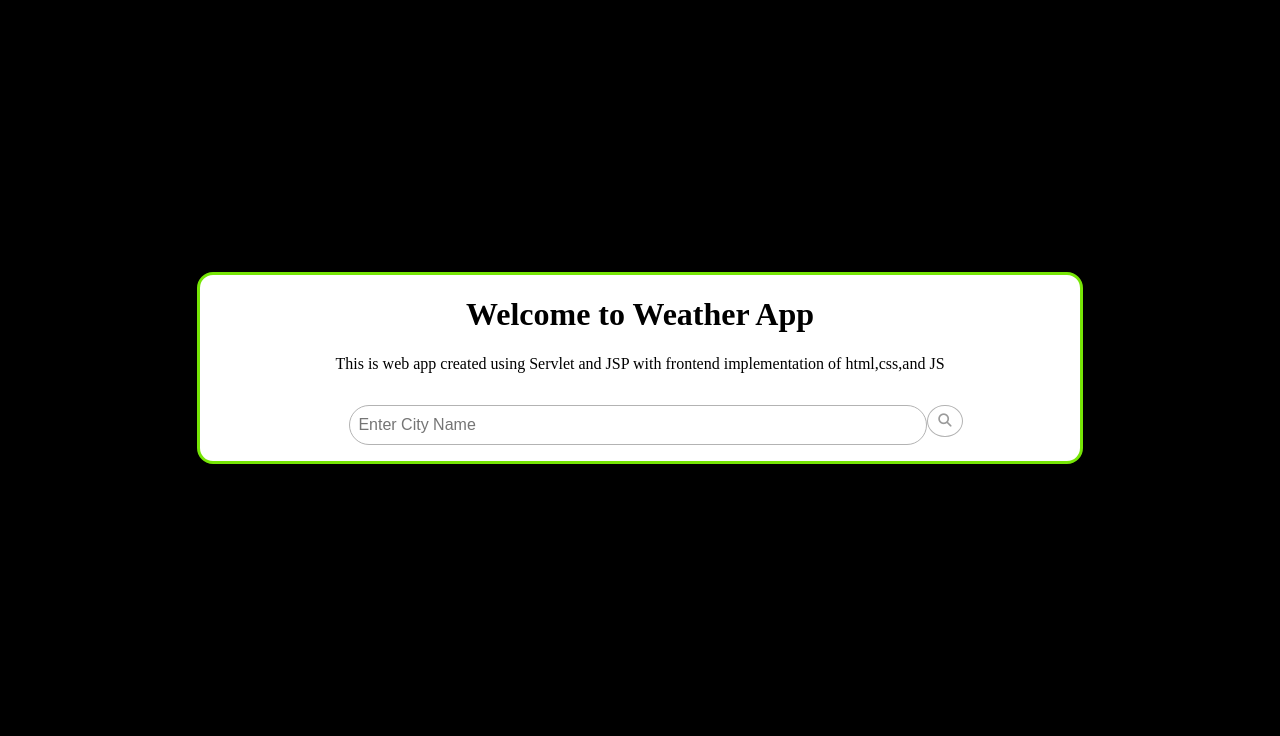
Repository: krv9/projects
Page: http://localhost/WeatherApp/
An editor plug-in stored every save of this project. The page is shown before and after the next save, followed by the edit.
The browser window is 1280 px wide. The pictures show the whole page.
The page is served by Tomcat 10. Other server files are loaded and not shown.

Above is the page before, as saved 2024-09-24 13:29:51.

### WeatherApp/src/main/webapp/index.html
<!DOCTYPE html>
<html>
<head>
 <meta charset="UTF-8">
    <meta http-equiv="X-UA-Compatible" content="IE=edge">
    <meta name="viewport" content="width=device-width, initial-scale=1.0">
    <title>Weather App</title>
    <link rel="stylesheet" href="https://cdnjs.cloudflare.com/ajax/libs/font-awesome/6.4.0/css/all.min.css" />
    <link rel="stylesheet" href="Style.css" />

</head>
<body>
<div class="container">
   		<h1 id="font">Welcome to Weather App</h1>
   		<p id="font">This is web app created using Servlet and JSP with frontend implementation of html,css,and JS</p>
        <form action="myservlet" method="post" class="searchInput">
            <input type="text" placeholder="Enter City Name" id="searchInput" name="city"/>
            <button id="searchButton"><i class="fa-solid fa-magnifying-glass"></i></button>
      </form>
 </div>

</body>
</html>

### WeatherApp/src/main/webapp/Style.css
@charset "UTF-8";
body{
	display: flex;
  height: 100vh;
  align-items: center;
  justify-content: center;
	background:black;
}
.container{
	 width: 55rem;
  height: auto;
  border-color:#76e506;
  border-style:solid;
  border-radius: 1rem;
  background: #fff;
  box-shadow: 0 14px 28px rgba(0,0,0,0.25),
			0 10px 10px rgba(0,0,0,0.22);
}
#font{
	color:black;
	align-items: center;
  justify-content: center;
  text-align:center;
}

.searchInput {
  width: 100%;
  display: flex;
  padding: 1rem 1rem;
  justify-content: center;
}

.searchInput input {
  width: 35rem;
  height: 2rem;
  outline: none;
  font-size: 1rem;
  color: #525050;
  padding: 0.2rem 0.5rem;
  border-radius: 1.5rem;
  border: 1px solid #b3b3b3;
}

.searchInput input:focus {
  border: 1px solid #76e506;
}

.searchInput button {
  width: 2.2rem;
  height: 2rem;
  cursor: pointer;
  color: #9b9b9b;
  border-radius: 50%;

  transition: all 0.3s ease;
  background-color: #fff;
  border: 1px solid #b3b3b3;
}

.searchInput button:hover {
  color: #fff;
  background-color: #9c9dde;
  border: 1px solid #9c9dde;
}

After the next save:
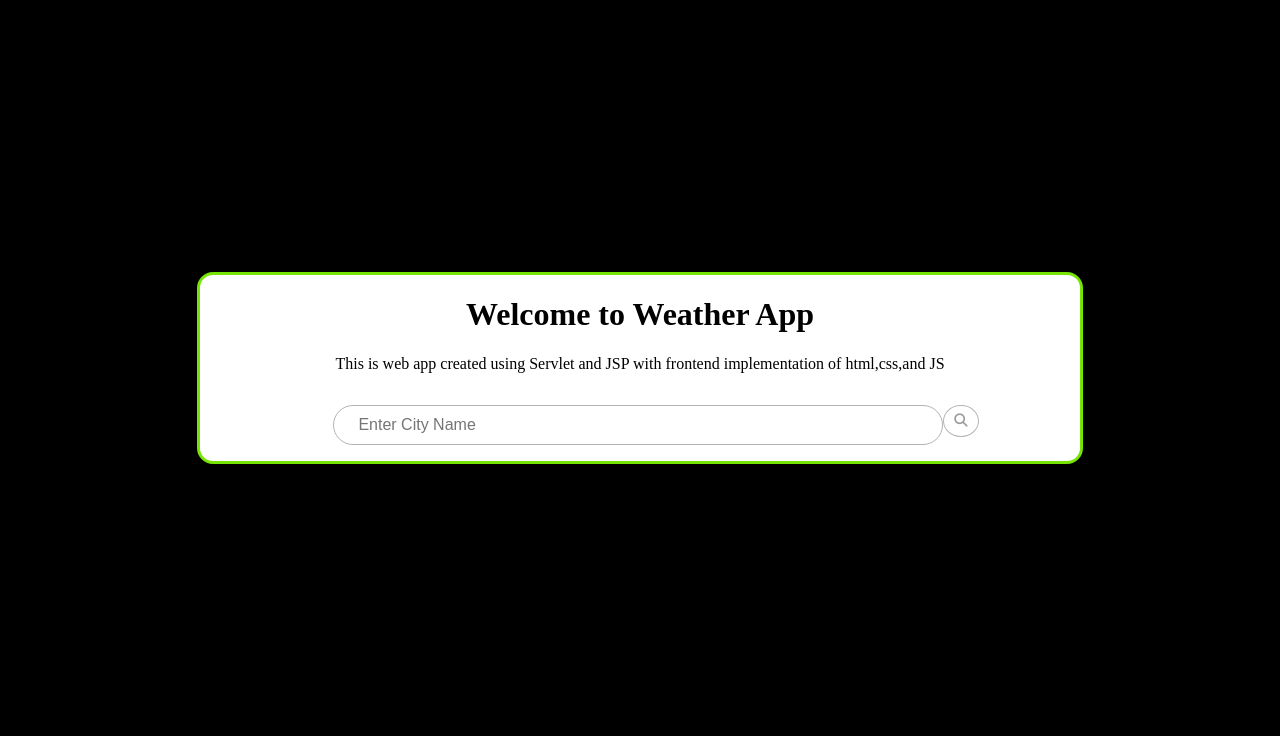
Saved 23 s later.
--- a/WeatherApp/src/main/webapp/Style.css
+++ b/WeatherApp/src/main/webapp/Style.css
@@ -36,7 +36,7 @@
   outline: none;
   font-size: 1rem;
   color: #525050;
-  padding: 0.2rem 0.5rem;
+  padding: 0.2rem 1.5rem;
   border-radius: 1.5rem;
   border: 1px solid #b3b3b3;
 }

After the save that followed:
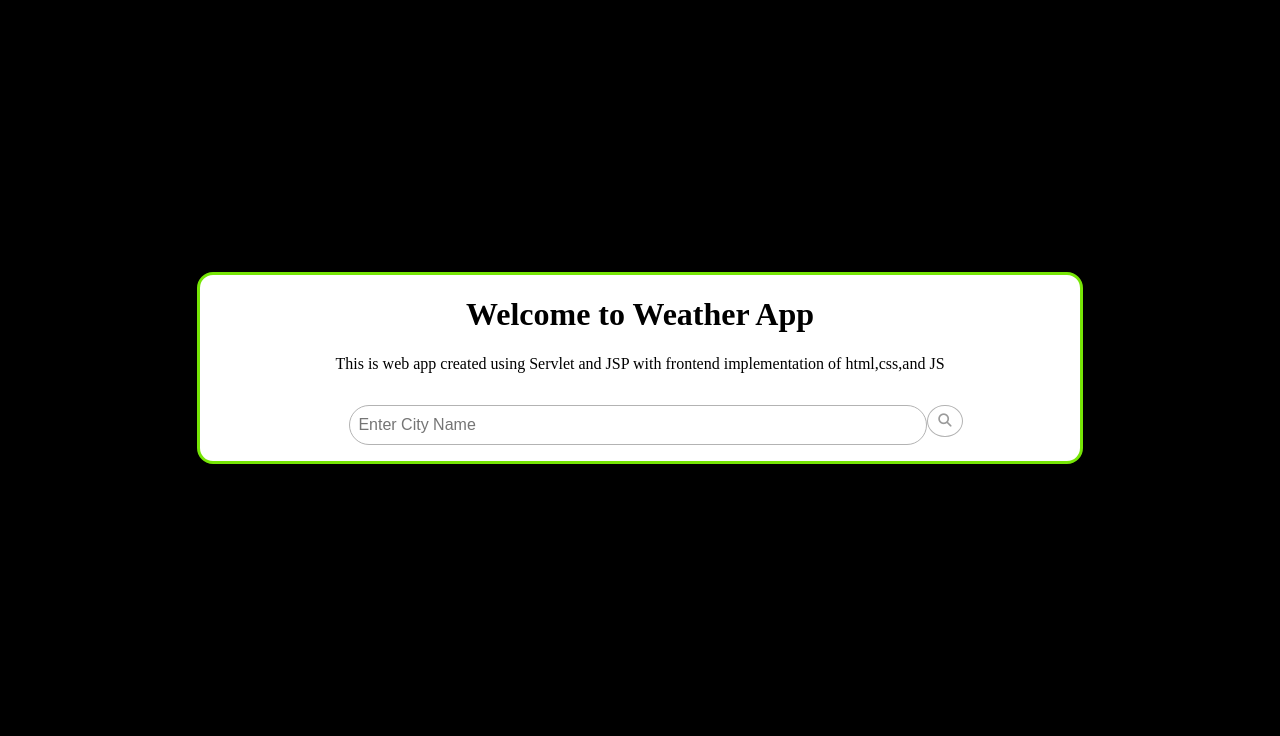
Saved 36 s later.
--- a/WeatherApp/src/main/webapp/Style.css
+++ b/WeatherApp/src/main/webapp/Style.css
@@ -36,7 +36,7 @@
   outline: none;
   font-size: 1rem;
   color: #525050;
-  padding: 0.2rem 1.5rem;
+  padding: 0.2rem 0.5rem;
   border-radius: 1.5rem;
   border: 1px solid #b3b3b3;
 }
@@ -48,6 +48,8 @@
 .searchInput button {
   width: 2.2rem;
   height: 2rem;
+    padding: 0.2rem 0.5rem;
+
   cursor: pointer;
   color: #9b9b9b;
   border-radius: 50%;
